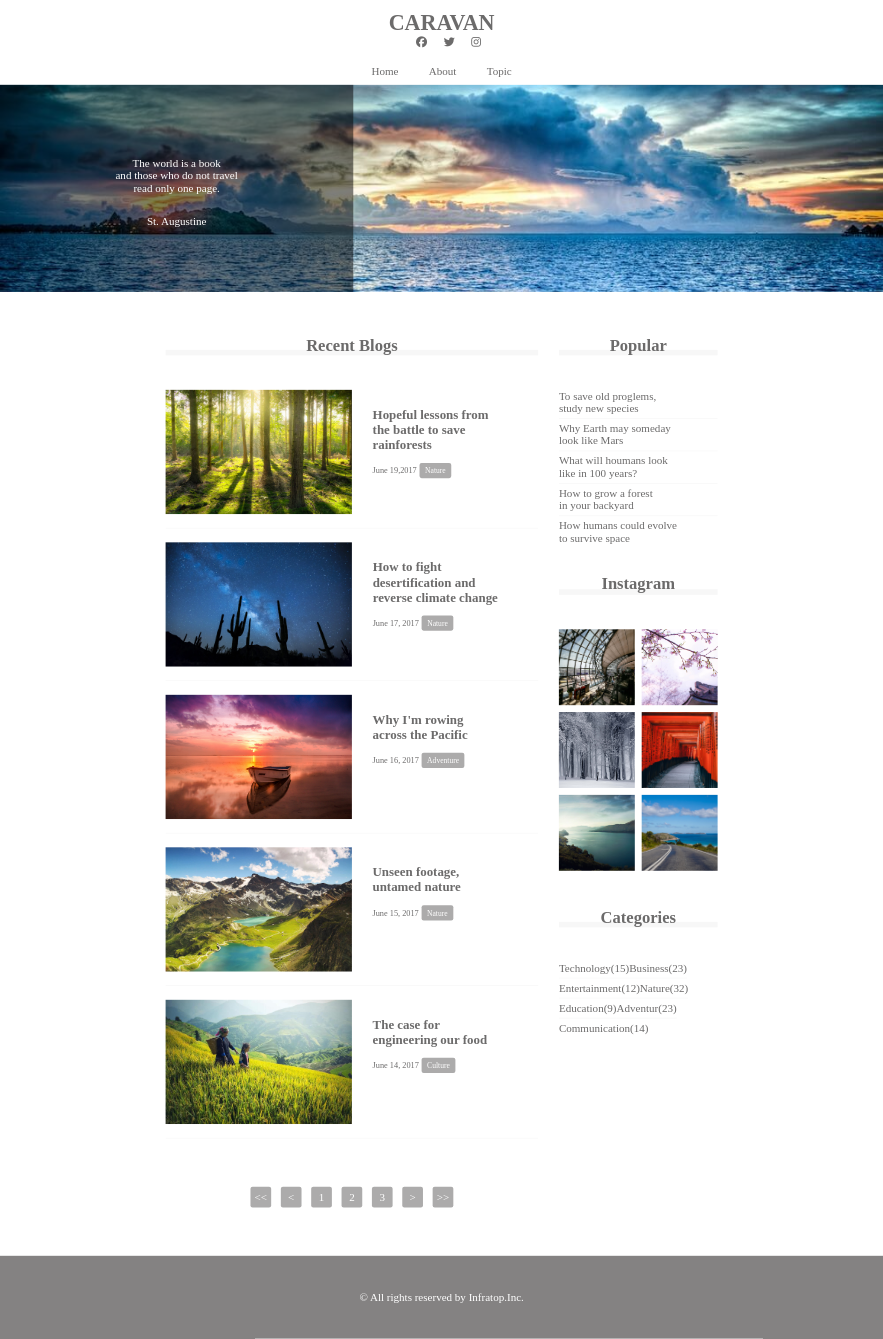
Repository: Souax/prac_20231021
Page: caravan/index.html
The author's editor kept a record of every edit. The page is drawn from the files as they stood at one moment, then again after the next edit.
The browser window is 1280 px wide. The pictures show the whole page, at 69% of full size.
Some web libraries are served in a nearby version.

Above is the page before.

After the next edit:
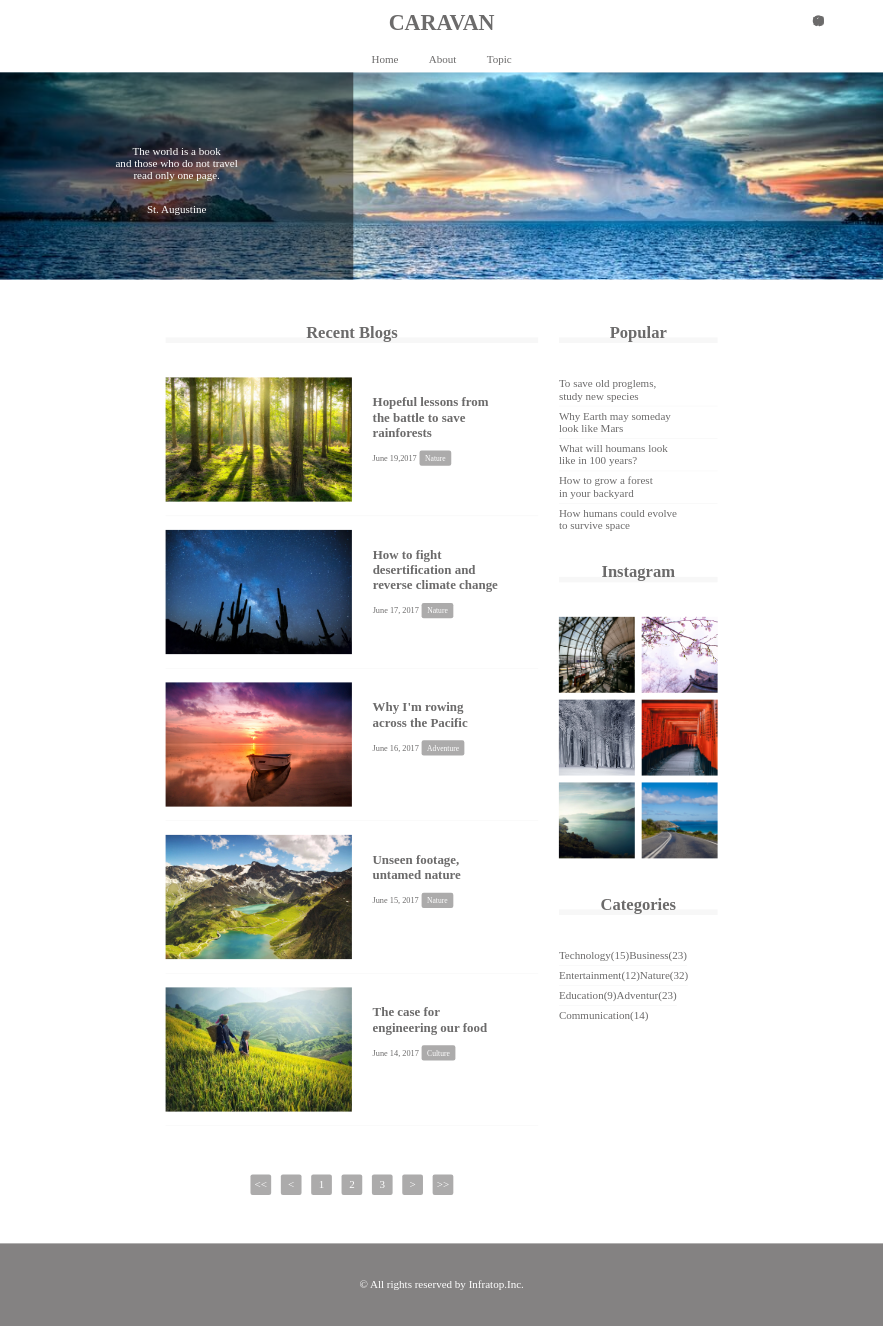
The edit:
--- a/caravan/style.css
+++ b/caravan/style.css
@@ -20,6 +20,9 @@
 .social i{
   display:inline-block;
   margin-left:20px;
+  position:absolute;
+  top:22px;
+  right:22px;
 }
 
 header .heading{
